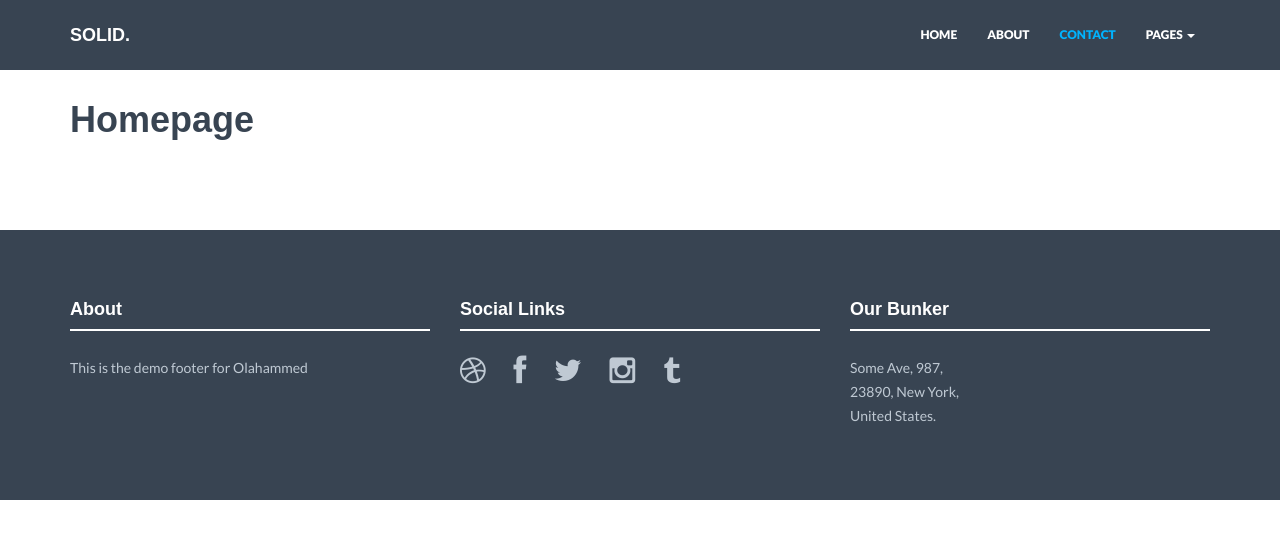
Repository: RedOx98/eclipse-workspace
Page: http://localhost/SessionsContinued/home?page=home
These files come from the project's save history. The page is drawn as it stood at one moment and after the next save; the edit follows.
The browser window is 1280 px wide. The pictures show the whole page.
Some web fonts or font styles are not loaded; a fallback is used. Some web libraries are served in a nearby version. The page is served by Tomcat 10.

Above is the page before, as saved 2024-05-24 10:19:51.

After the next save:
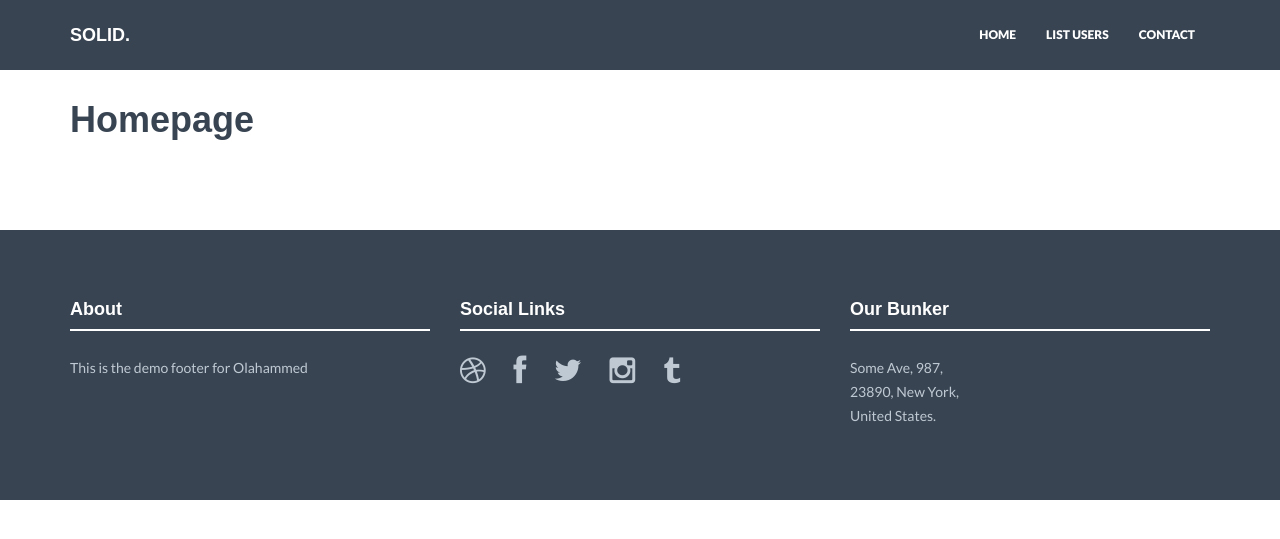
Saved 4 min 40 s later.
--- a/SessionsContinued/src/main/webapp/include/header.jsp
+++ b/SessionsContinued/src/main/webapp/include/header.jsp
@@ -47,10 +47,10 @@
         </div>
         <div class="navbar-collapse collapse navbar-right">
           <ul class="nav navbar-nav">
-            <li><a href="<%=request.getContextPath()%>/home">HOME</a></li>
-            <li><a href="about.html">ABOUT</a></li>
-            <li class="active"><a href="contact.html">CONTACT</a></li>
-            <li class="dropdown">
+            <li><a href="<%=request.getContextPath()%>/home?page=home">HOME</a></li>
+            <li><a href="<%=request.getContextPath()%>/home?page=home">LIST USERS</a></li>
+            <li class="<%=request.getContextPath()%>/home?page=home"><a href="contact.html">CONTACT</a></li>
+            <!-- <li class="dropdown">
               <a href="#" class="dropdown-toggle" data-toggle="dropdown">PAGES <b class="caret"></b></a>
               <ul class="dropdown-menu">
                 <li><a href="blog.html">BLOG</a></li>
@@ -58,7 +58,7 @@
                 <li><a href="portfolio.html">PORTFOLIO</a></li>
                 <li><a href="single-project.html">SINGLE PROJECT</a></li>
               </ul>
-            </li>
+            </li> -->
           </ul>
         </div><!--/.nav-collapse -->
       </div>
